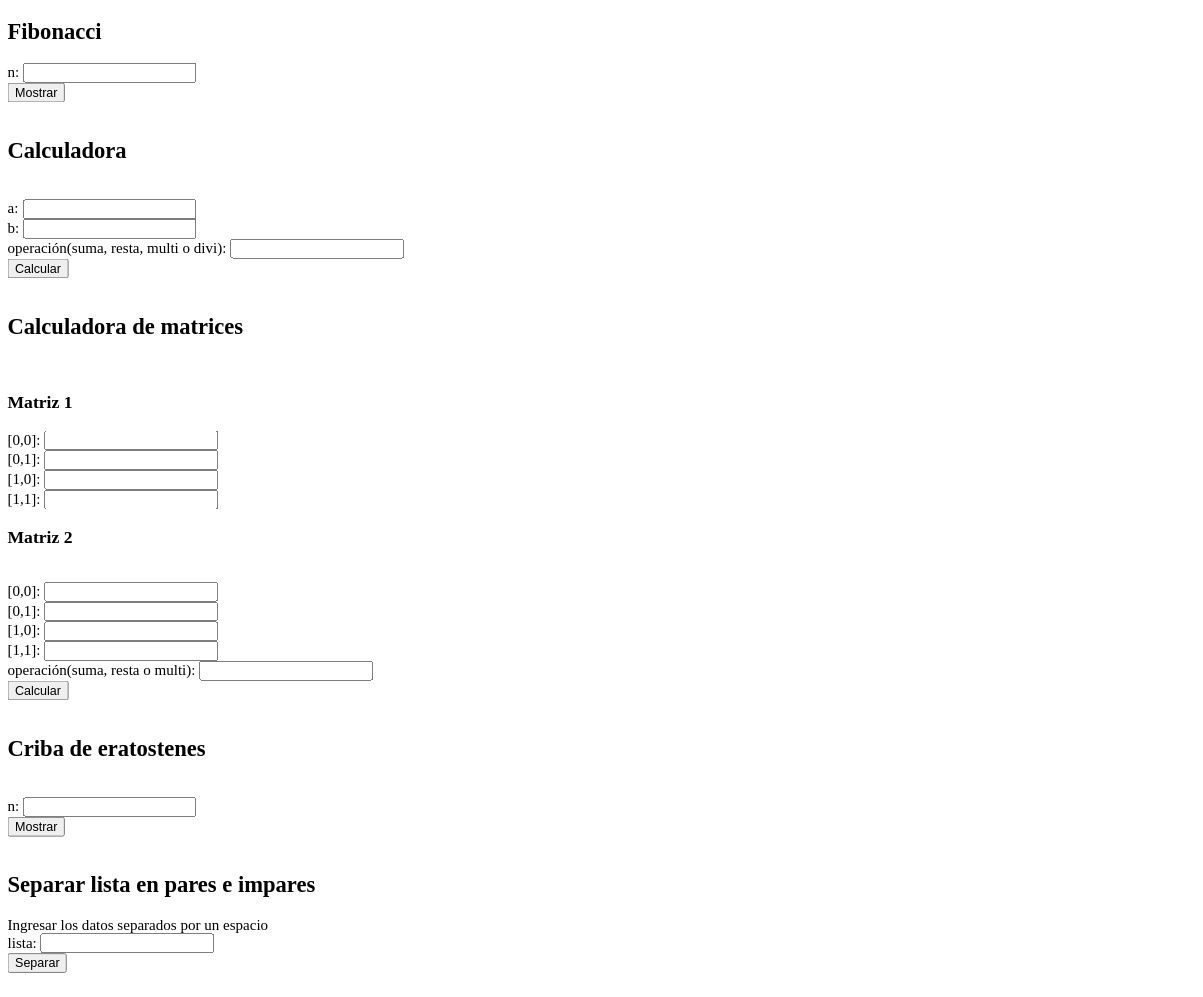
Repository: aldar1/Examen-Final-INF319
Page: http://localhost/test1/proyecto.jsp
These files come from the project's save history. The page is drawn as it stood at one moment and after the next save; the edit follows.
The browser window is 1280 px wide. The pictures show the whole page, at 94% of full size.
The page is served by Tomcat 9.

Above is the page before, as saved 2021-12-15 09:07:02.

### Java/test1/src/main/webapp/proyecto.jsp
<%@ page language="java" contentType="text/html; charset=ISO-8859-1"
    pageEncoding="ISO-8859-1"%>
<!DOCTYPE html>
<html>
<head>
<meta charset="ISO-8859-1">
<title>Proyecto 319</title>
</head>
<body>
<h2>Fibonacci</h2>

<form action = "resultado.jsp" method = "GET">
	n: <input type = "number" name = "n_fibo">
    <br />
    <input type = "submit" value = "Mostrar" />
</form>
<br>
<h2>Calculadora</h2>
<br>

<form action = "resultado.jsp" method = "GET">
	a: <input type = "number" name = "a_calcu">
    <br />
    b: <input type = "number" name = "b_calcu">
    <br />
    operación(suma, resta, multi o divi): <input type = "text" name = "op_calcu">
    <br />
    <input type = "submit" value = "Calcular" />
</form>

<br>
<h2>Calculadora de matrices</h2>
<br>

<form action = "resultado.jsp" method = "GET">
	<h3>Matriz 1</h3>
	[0,0]: <input type = "number" name = "mat100">
    <br />
	[0,1]: <input type = "number" name = "mat101">
    <br />
	[1,0]: <input type = "number" name = "mat110">
    <br />
	[1,1]: <input type = "number" name = "mat111">
    <br />
    <h3>Matriz 2</h3>
    <br>
	[0,0]: <input type = "number" name = "mat200">
    <br />
	[0,1]: <input type = "number" name = "mat201">
    <br />
	[1,0]: <input type = "number" name = "mat210">
    <br />
	[1,1]: <input type = "number" name = "mat211">
    <br />
    operación(suma, resta o multi): <input type = "text" name = "op_matrices">
    <br />
    <input type = "submit" value = "Calcular" />
</form>


<br>
<h2>Criba de eratostenes</h2>
<br>

<form action = "resultado.jsp" method = "GET">
	n: <input type = "number" name = "n_criba">
    <br />
    <input type = "submit" value = "Mostrar" />
</form>

<br>
<h2>Separar lista en pares e impares</h2>
Ingresar los datos separados por un espacio
<form action = "resultado.jsp" method = "GET">
	lista: <input type = "text" name = "lista">
    <br />
    <input type = "submit" value = "Separar" />
</form>
<br>

</body>
</html>

After the next save:
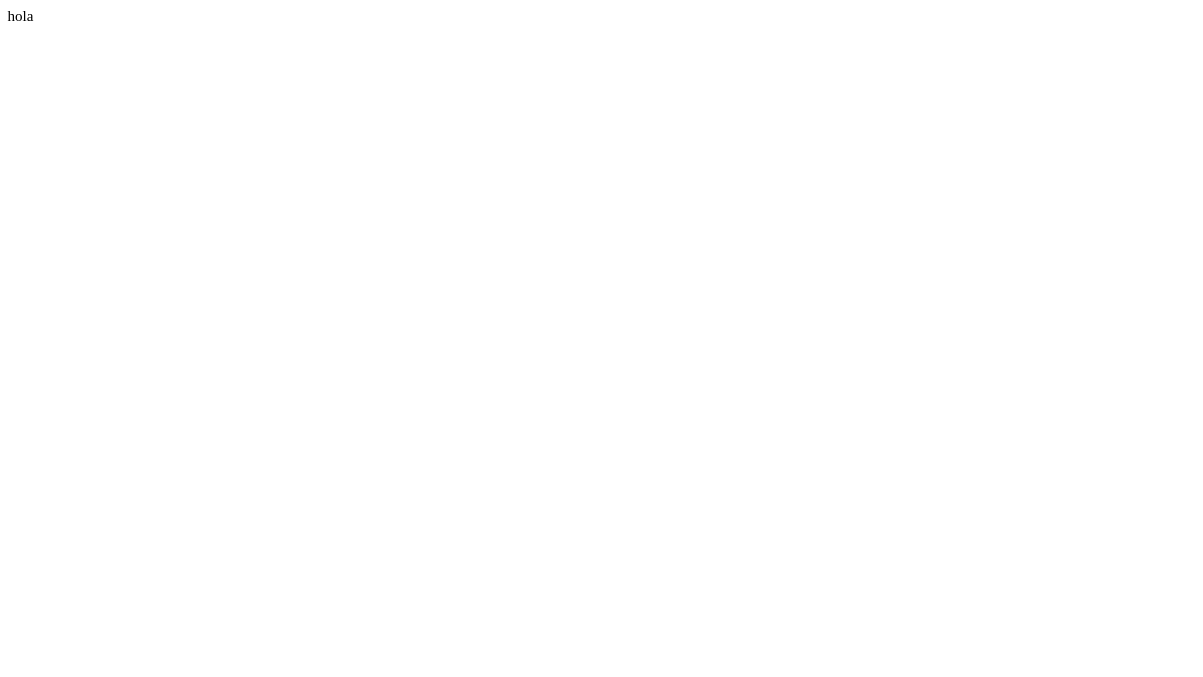
Saved 9 s later.
--- a/Java/test1/src/main/webapp/proyecto.jsp
+++ b/Java/test1/src/main/webapp/proyecto.jsp
@@ -1,82 +1 @@
-<%@ page language="java" contentType="text/html; charset=ISO-8859-1"
-    pageEncoding="ISO-8859-1"%>
-<!DOCTYPE html>
-<html>
-<head>
-<meta charset="ISO-8859-1">
-<title>Proyecto 319</title>
-</head>
-<body>
-<h2>Fibonacci</h2>
-
-<form action = "resultado.jsp" method = "GET">
-	n: <input type = "number" name = "n_fibo">
-    <br />
-    <input type = "submit" value = "Mostrar" />
-</form>
-<br>
-<h2>Calculadora</h2>
-<br>
-
-<form action = "resultado.jsp" method = "GET">
-	a: <input type = "number" name = "a_calcu">
-    <br />
-    b: <input type = "number" name = "b_calcu">
-    <br />
-    operación(suma, resta, multi o divi): <input type = "text" name = "op_calcu">
-    <br />
-    <input type = "submit" value = "Calcular" />
-</form>
-
-<br>
-<h2>Calculadora de matrices</h2>
-<br>
-
-<form action = "resultado.jsp" method = "GET">
-	<h3>Matriz 1</h3>
-	[0,0]: <input type = "number" name = "mat100">
-    <br />
-	[0,1]: <input type = "number" name = "mat101">
-    <br />
-	[1,0]: <input type = "number" name = "mat110">
-    <br />
-	[1,1]: <input type = "number" name = "mat111">
-    <br />
-    <h3>Matriz 2</h3>
-    <br>
-	[0,0]: <input type = "number" name = "mat200">
-    <br />
-	[0,1]: <input type = "number" name = "mat201">
-    <br />
-	[1,0]: <input type = "number" name = "mat210">
-    <br />
-	[1,1]: <input type = "number" name = "mat211">
-    <br />
-    operación(suma, resta o multi): <input type = "text" name = "op_matrices">
-    <br />
-    <input type = "submit" value = "Calcular" />
-</form>
-
-
-<br>
-<h2>Criba de eratostenes</h2>
-<br>
-
-<form action = "resultado.jsp" method = "GET">
-	n: <input type = "number" name = "n_criba">
-    <br />
-    <input type = "submit" value = "Mostrar" />
-</form>
-
-<br>
-<h2>Separar lista en pares e impares</h2>
-Ingresar los datos separados por un espacio
-<form action = "resultado.jsp" method = "GET">
-	lista: <input type = "text" name = "lista">
-    <br />
-    <input type = "submit" value = "Separar" />
-</form>
-<br>
-
-</body>
-</html>
+<a>hola</a>

After the save that followed:
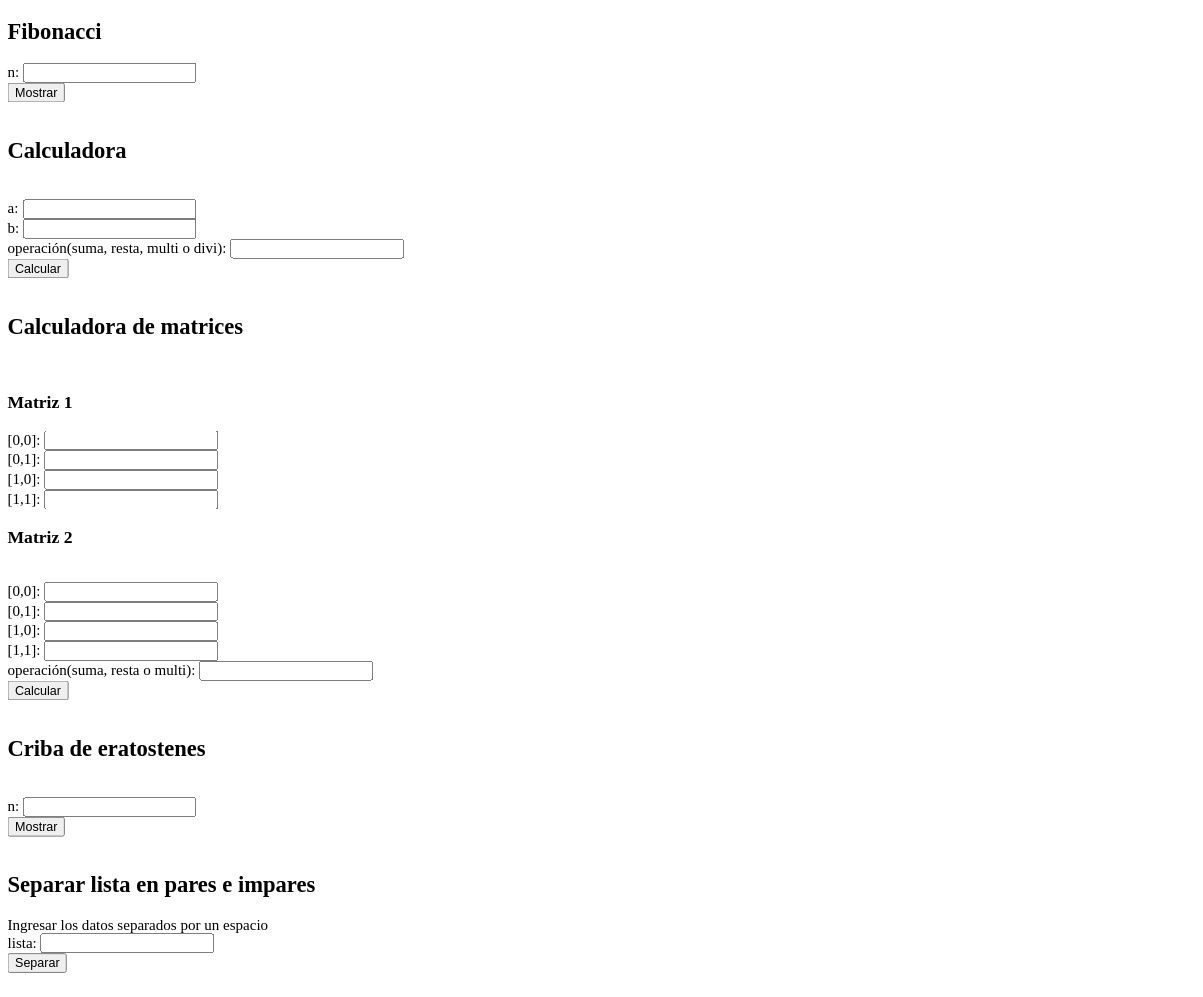
Saved 9 s later.
--- a/Java/test1/src/main/webapp/proyecto.jsp
+++ b/Java/test1/src/main/webapp/proyecto.jsp
@@ -1 +1,82 @@
-<a>hola</a>
+<%@ page language="java" contentType="text/html; charset=ISO-8859-1"
+    pageEncoding="ISO-8859-1"%>
+<!DOCTYPE html>
+<html>
+<head>
+<meta charset="ISO-8859-1">
+<title>Proyecto 319</title>
+</head>
+<body>
+<h2>Fibonacci</h2>
+
+<form action = "resultado.jsp" method = "GET">
+	n: <input type = "number" name = "n_fibo">
+    <br />
+    <input type = "submit" value = "Mostrar" />
+</form>
+<br>
+<h2>Calculadora</h2>
+<br>
+
+<form action = "resultado.jsp" method = "GET">
+	a: <input type = "number" name = "a_calcu">
+    <br />
+    b: <input type = "number" name = "b_calcu">
+    <br />
+    operación(suma, resta, multi o divi): <input type = "text" name = "op_calcu">
+    <br />
+    <input type = "submit" value = "Calcular" />
+</form>
+
+<br>
+<h2>Calculadora de matrices</h2>
+<br>
+
+<form action = "resultado.jsp" method = "GET">
+	<h3>Matriz 1</h3>
+	[0,0]: <input type = "number" name = "mat100">
+    <br />
+	[0,1]: <input type = "number" name = "mat101">
+    <br />
+	[1,0]: <input type = "number" name = "mat110">
+    <br />
+	[1,1]: <input type = "number" name = "mat111">
+    <br />
+    <h3>Matriz 2</h3>
+    <br>
+	[0,0]: <input type = "number" name = "mat200">
+    <br />
+	[0,1]: <input type = "number" name = "mat201">
+    <br />
+	[1,0]: <input type = "number" name = "mat210">
+    <br />
+	[1,1]: <input type = "number" name = "mat211">
+    <br />
+    operación(suma, resta o multi): <input type = "text" name = "op_matrices">
+    <br />
+    <input type = "submit" value = "Calcular" />
+</form>
+
+
+<br>
+<h2>Criba de eratostenes</h2>
+<br>
+
+<form action = "resultado.jsp" method = "GET">
+	n: <input type = "number" name = "n_criba">
+    <br />
+    <input type = "submit" value = "Mostrar" />
+</form>
+
+<br>
+<h2>Separar lista en pares e impares</h2>
+Ingresar los datos separados por un espacio
+<form action = "resultado.jsp" method = "GET">
+	lista: <input type = "text" name = "lista">
+    <br />
+    <input type = "submit" value = "Separar" />
+</form>
+<br>
+
+</body>
+</html>
